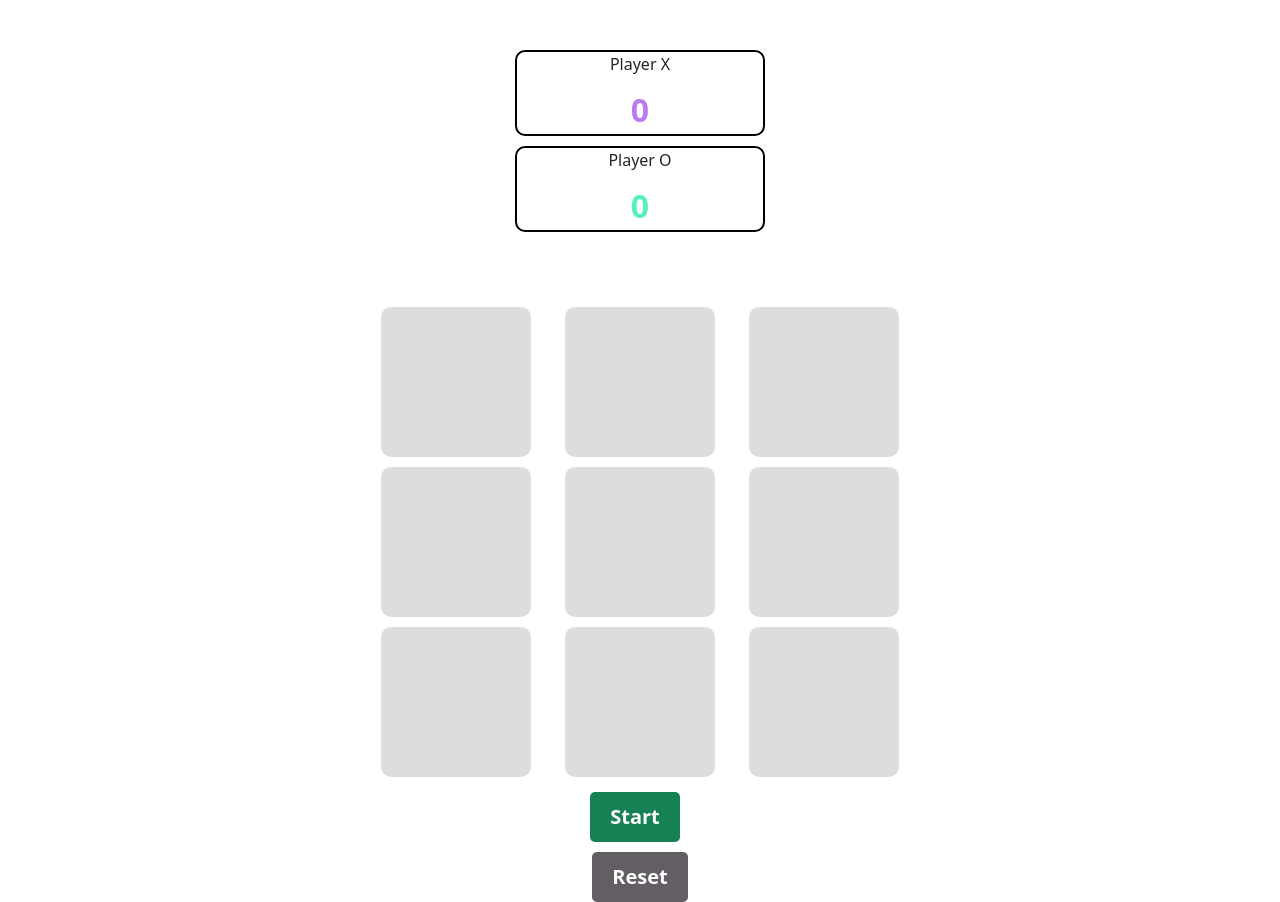
Repository: woodsdeshe/Tic-Tac-Toe
Page: index.html
The author's editor kept a copy of each file at every save. The page is drawn from the files as they stood at one save, then again after a run of saves.
The browser window is 1280 px wide. The pictures show the whole page.

Above is the page before, as saved 2023-03-31 21:38:55.

After the next 2 saves:
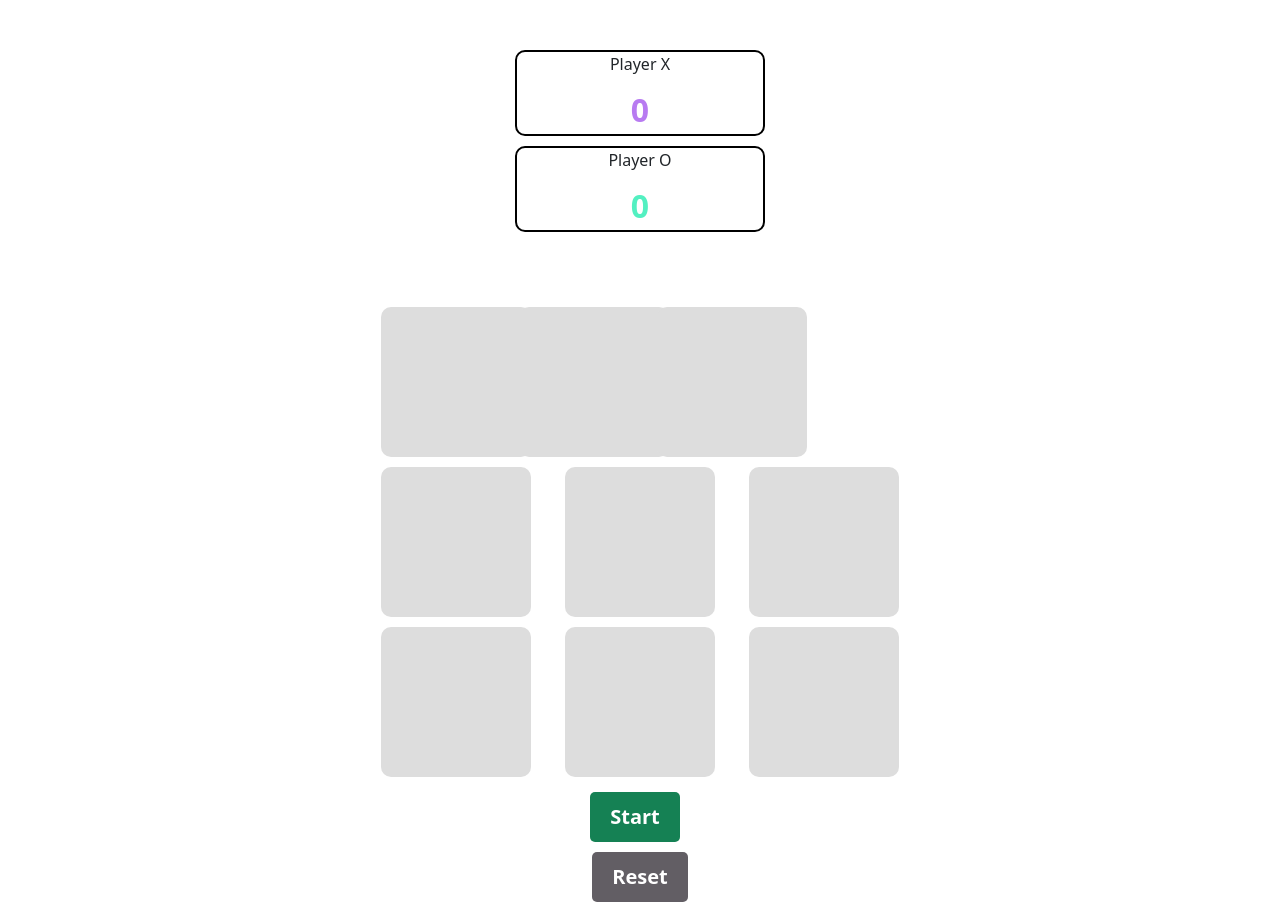
The 2 saves are shown as one change because they came seconds apart.
The last was saved 3 min 53 s later.
--- a/index.html
+++ b/index.html
@@ -28,10 +28,10 @@
       <div class="message"></div>
       <div class="container game-board">
         <div class="row">
-          <div class="col-4">
+          <div class="col-3">
             <div class="tile square-1"></div>
           </div>
-          <div class="col-4">
+          <div class="col-3">
             <div class="tile square-2"></div>
           </div>
           <div class="col-4">
